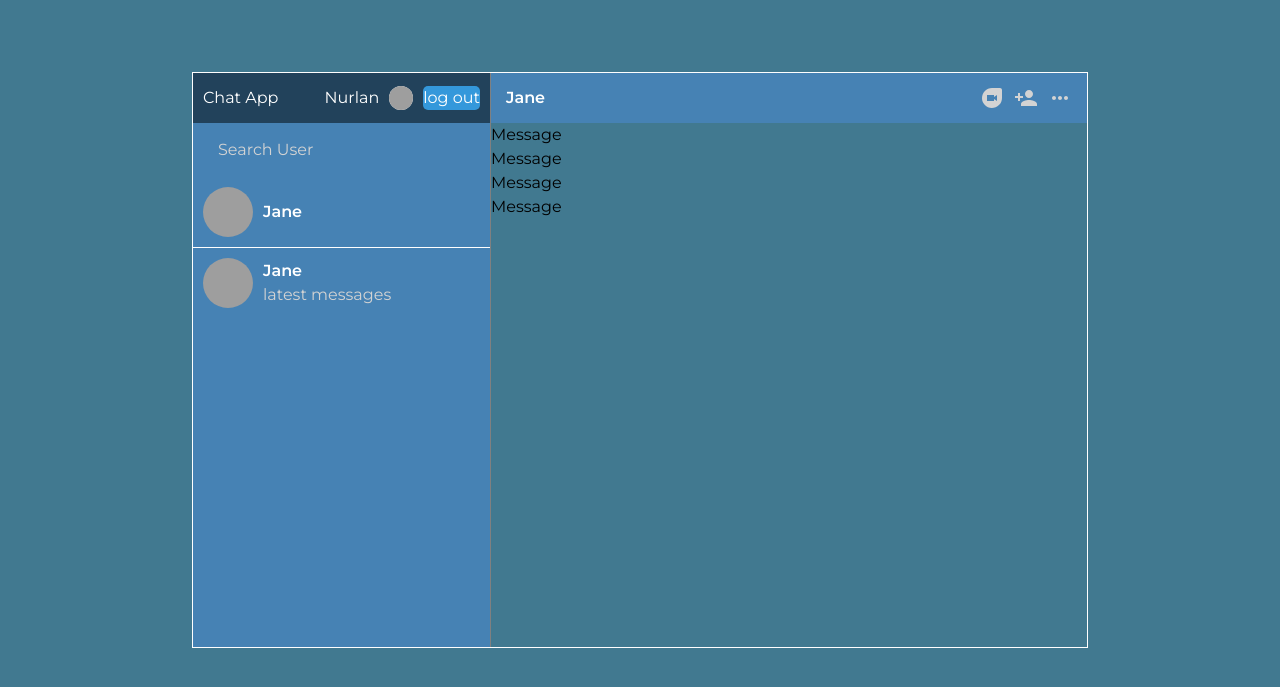
Repository: Nurlan-Bakenbaev/chat-app
Page: /
An editor plug-in stored every save of this project. The page is shown before and after the next save, followed by the edit.
The browser window is 1280 px wide. The pictures show the whole page.
Pictures or frames that could not be fetched are drawn as grey boxes. The project was rebuilt for these pictures with package versions that can differ from the ones it lists, and the page was loaded fresh each time. Also part of the build but not shown: vite.config.js. Imported but missing from the stored project, and not drawn on this page: src/pages/Login.

Above is the page before, as saved 2023-08-19 18:05:47.

After the next save:
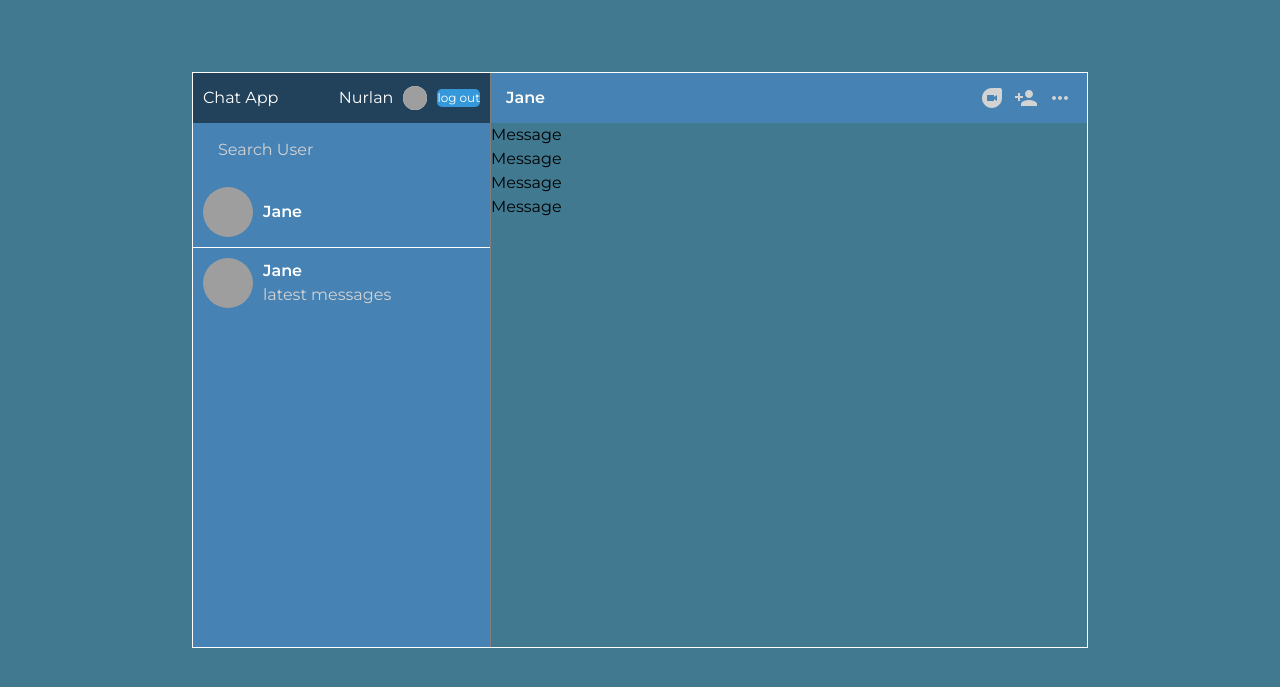
Saved 5 s later.
--- a/src/style.scss
+++ b/src/style.scss
@@ -111,7 +111,7 @@
   overflow: hidden;
   background-color: #3498db;
   color: white;
-  font-size: 16px;
+  font-size: 12px;
   border-radius: 5px;
   transition: background-color 0.3s;
         }
